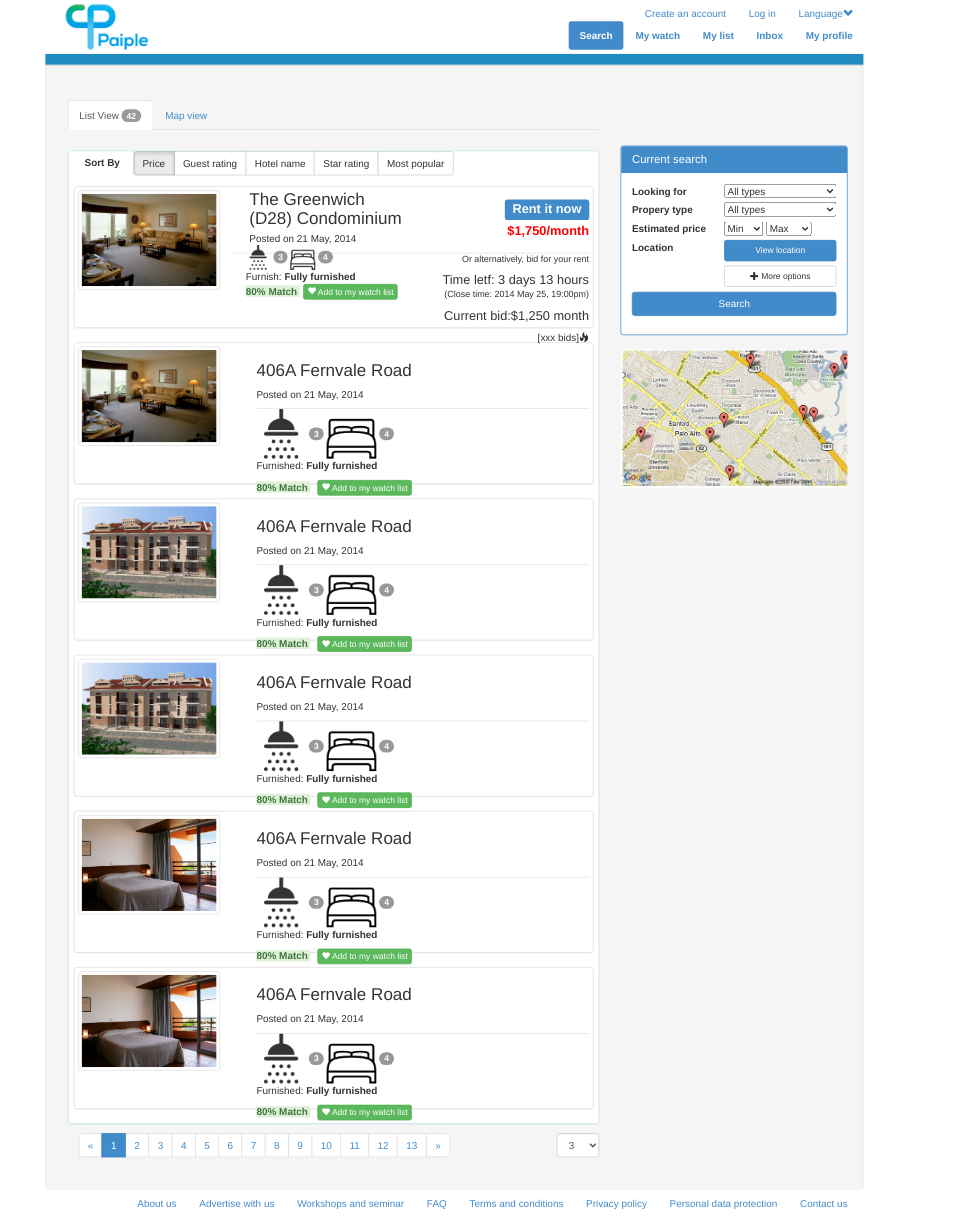
Repository: thytran142/Intern
Page: Internship/ListingPage.html
An editor plug-in stored every save of this project. The page is shown before and after the next save, followed by the edit.
The browser window is 1280 px wide. The page is 1348 px wide, so the pictures cover 1348 px, including what lies to the right of the window. The pictures show the whole page, at 71% of full size.
Some web libraries are served in a nearby version.

Above is the page before, as saved 2014-05-23 05:38:43.

After the next save:
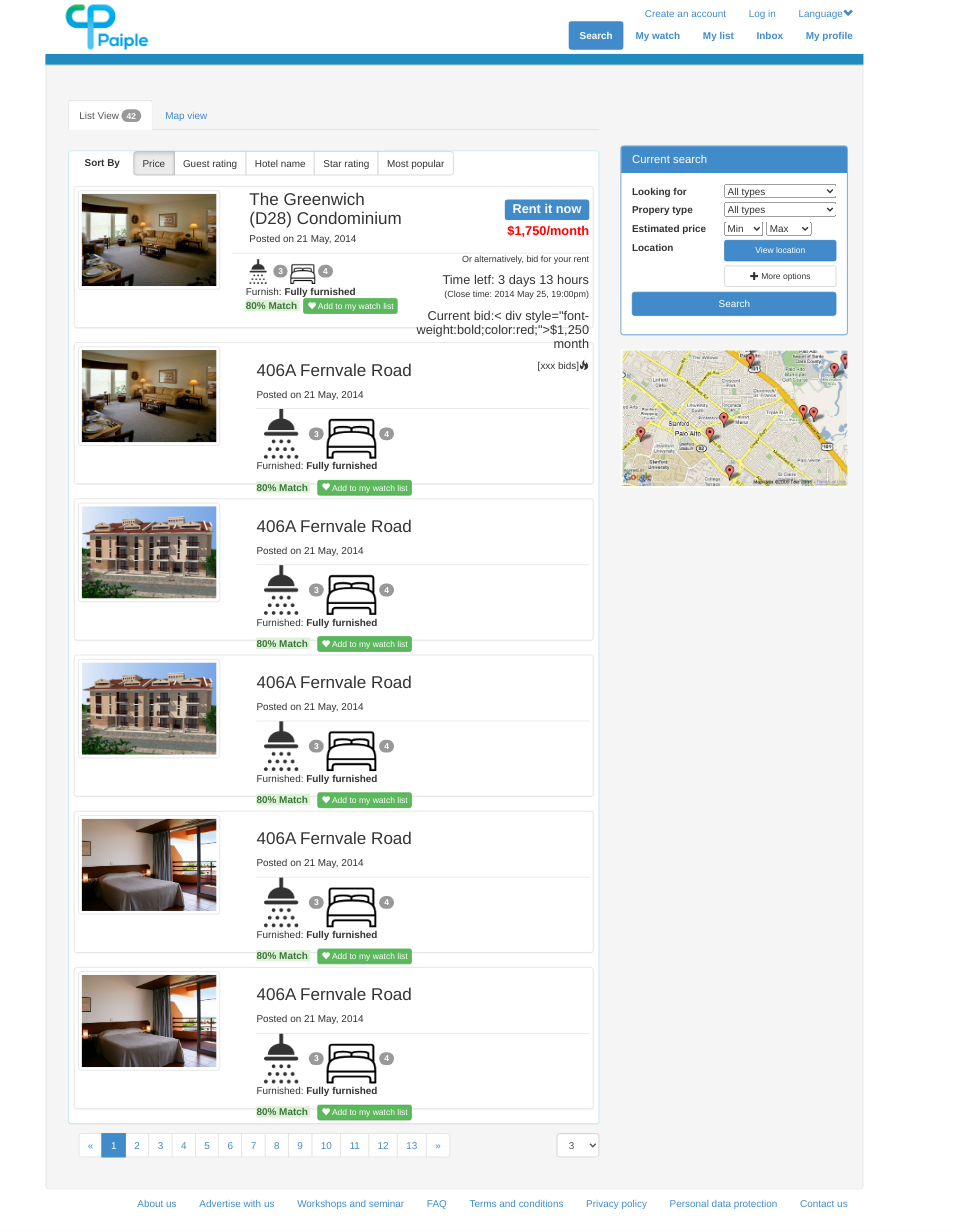
Saved 43 s later.
--- a/Internship/ListingPage.html
+++ b/Internship/ListingPage.html
@@ -182,7 +182,7 @@
 								<td style="text-align:right;"><div style="font-size:90%;">Or alternatively, bid for your rent</div>
 									<h4>Time letf: 3 days 13 hours</h4>
 									<div style="font-size:90%;margin-top:-3%;">(Close time: 2014 May 25, 19:00pm)</div>
-									<h4>Current bid:<style="font-weight:bold;color:red;">$1,250 month</style="font-weight:bold;color:red;"></h4>
+									<h4>Current bid:< div style="font-weight:bold;color:red;">$1,250 month</div></h4>
 									<p>[xxx bids]<span class="glyphicon glyphicon-fire"></span></p>
 							</td>
 							</tr>
